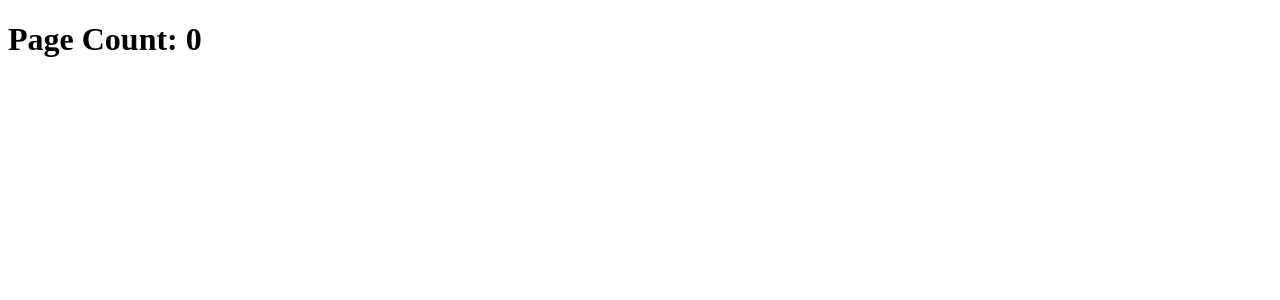
Repository: annferracane/phase-5-project
Page: / (app in client/)
The author's editor kept a copy of each file at every save. The page is drawn from the files as they stood at one save, then again after the next save.
The browser window is 1280 px wide. The pictures show the whole page.
The page's requests for data from a server got no answer. The project was rebuilt for these pictures with package versions that can differ from the ones it lists, and the page was loaded fresh each time. No one was signed in, and anything a server would have sent is missing.

Above is the page before, as saved 2023-02-21 23:55:12.

After the next save:
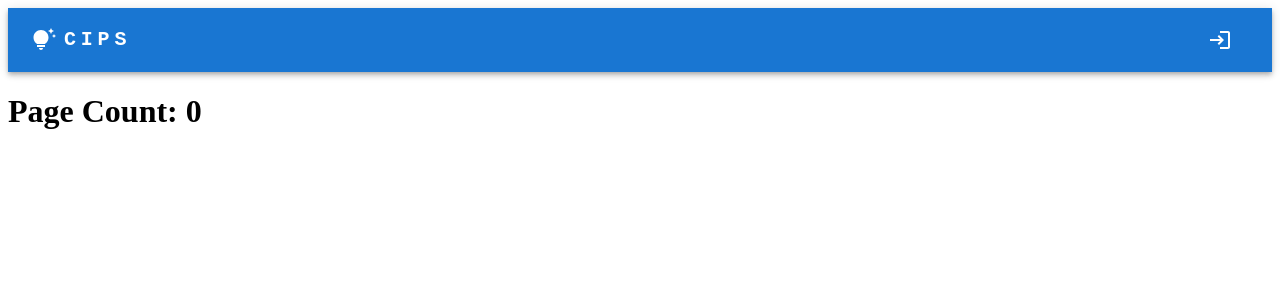
Saved 11 s later.
--- a/client/src/components/App.js
+++ b/client/src/components/App.js
@@ -18,7 +18,7 @@ function App() {
 
   return (
     <div className="App">
-      {/* <Navigation /> */}
+      <Navigation />
       <BrowserRouter>
         <Switch>
           <Route path="/">
